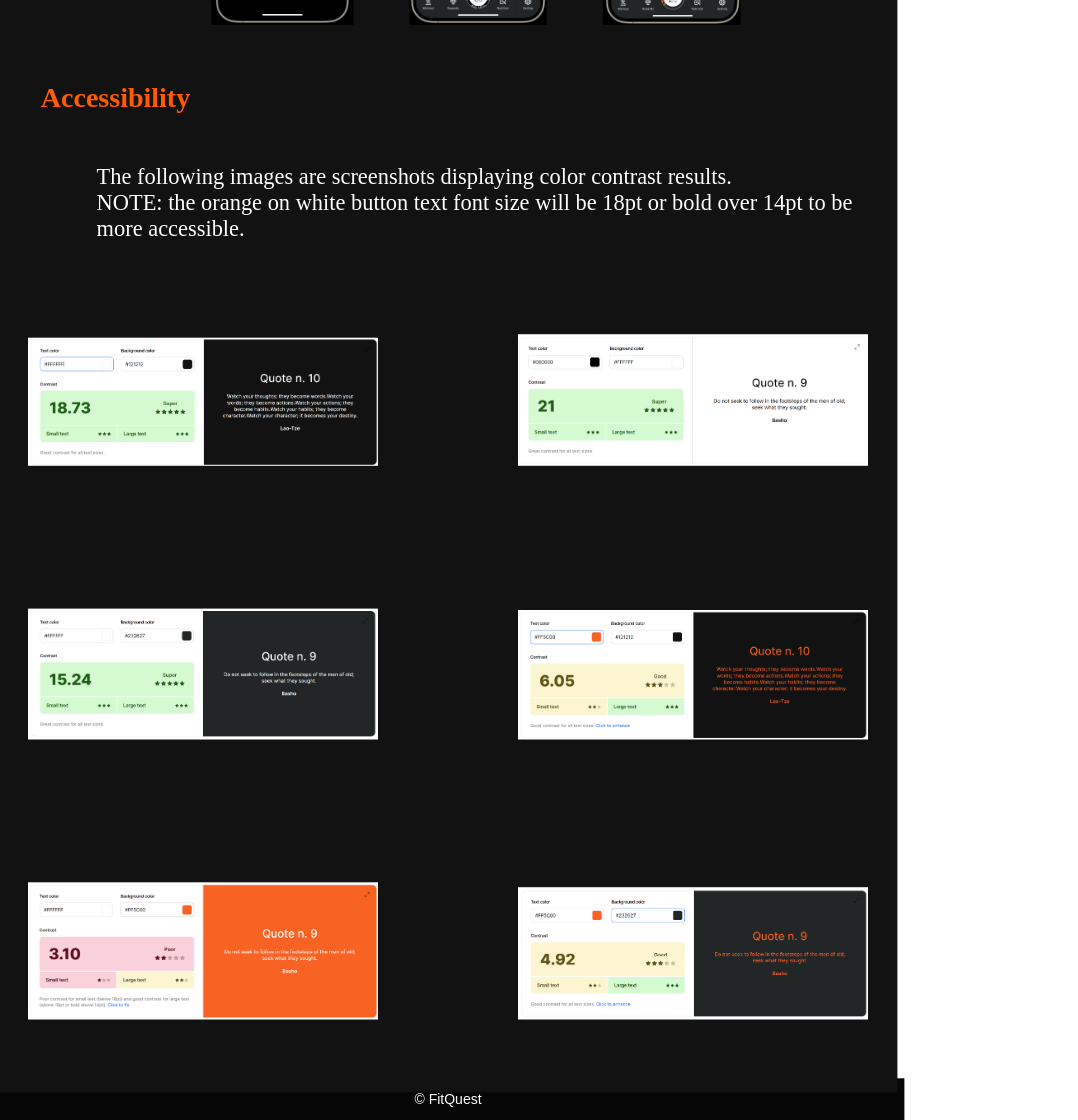
Repository: KyannaKrueger/a5styleguide
Page: /colors
An editor plug-in stored every save of this project. The page is shown before and after the next save, followed by the edit.
The browser window is 1280 px wide. The page is 1540 px wide, so the pictures cover 1540 px, including what lies to the right of the window. The pictures show the part of the page from y = 2889 to 4489 px (the page is 4489 px tall), at 70% of full size.
The project was rebuilt for these pictures with package versions that can differ from the ones it lists, and the page was loaded fresh each time. The framework's server and built-in components were replaced by stand-ins that run in the browser. Also part of the build but not shown: next.config.mjs.

Above is the page before, as saved 2024-04-09 12:17:58.

### pages/colors.js
import styles from "@/styles/colors.module.css";
import Header from "@/components/Header";
import Footer from "@/components/Footer";

export default function Colors() {
    return (
      <>
      <Header/>
        <main className={styles.colors}>
         <h1 className={styles.clrTitle}>Color palette </h1>
         <p className={styles.clrTxt}>The colors for FitQuest were carefully chosen with the app and its users in mind. We wanted to choose meaningful colors that were bright and energetic to encourage our users to workout using our app.</p>
         <div className={styles.swatchContainer}>
              <div className={styles.clrSwatch}>
                  <img src="/orangeSwatch.png" className={styles.swatch}/>
                  <h4>The Accent</h4>
                  <p>We selected orange as our accent color <br/> because it symbolizes energy, which is<br/> crucial for a fitness app. We opted for this <br/>vibrant shade of orange over other colors<br/> because its brightness distinguishes the app,<br/> serving as a powerful reminder and motivator<br/> for daily workouts. You can find this color<br/> in our action buttons and to highlight<br/> important parts of our app.</p>
              </div>
              <div className={styles.clrSwatch}>
                  <img src="/graySwatch.png" className={styles.swatch}/>
                  <h4>The Grey</h4>
                  <p>This shade of grey is an excellent color choice<br/> to compliment out accent color. This color is primarily<br/> used for buttons, and stand out against our <br/>dark mode background.</p>
              </div>
              <div className={styles.clrSwatchBlack}>
                  <img src="/subBlackSwatch.png" className={styles.swatch}/>
                  <h4>The False Black</h4>
                  <p>Pure black is a harsh color on the eyes, <br/> so we are substituting for a dark grey for our<br/> dark mode background, and our text color for light mode.<br/> Dark grey also serves to highlight the vibrant orange<br/> color and has a large contrast.</p>
              </div>
              <div className={styles.clrSwatchWhite}>
                  <img src="/whiteSwatch.png" className={styles.swatch}/>
                  <h4>The White</h4>
                  <p>White is our background color for light mode, <br/>and our text color for dark mode.</p>
              </div>
         </div>
         <h3 className={styles.clrSubOne}>Examples</h3>
         <p className={styles.exDescription}>The following images are examples of where our main colors are used appropriately in the app.</p>
         <div className={styles.clrExamples}>
                <img src="/colorExOne.png" className={styles.colorEx}/>
                <img src="/colorExTwo.png" className={styles.colorEx}/>
                <img src="/colorExThree.png" className={styles.colorEx}/>
          </div>
         <h3 className={styles.clrSubTwo}>Accessibility</h3>
         <p className={styles.acDescription}>The following images are screenshots displaying color contrast results.<br/>NOTE: the orange on white button text font size will be 18pt or bold over 14pt to be more accessible.</p>
         <div className={styles.accessibleContainer}>
          <img src="/newWB.png" className={styles.accessiblePic}/>
          <img src="/accessibleBW.png" className={styles.accessiblePic}/>
          <img src="/accessibleGW.png" className={styles.accessiblePic}/>
          <img src="/newOB.png" className={styles.accessiblePic}/>
          <img src="/accessibleWO.png" className={styles.accessiblePic}/>
          <img src="/accessibleOG.png" className={styles.accessiblePic}/>
         </div>
        </main>
        <Footer/>
      </>
    );
  }

### styles/colors.module.css
.colors {
    display: flex;
    flex-direction: column;
    align-items: center;
    text-align: left;
    padding: 6rem;
    min-height: 90vh;
    background-color: #121212;
    margin:-10px;
    padding: 0px;
    font-family: SF pro;
    position: relative;
  }

  .clrTitle{
    color: #ff5c00;
    margin-left: -1050px;
    margin-bottom: -16px;
    margin-top: 100px;
    font-size: 40px;
  }

  .clrTxt {
    color:#fff;
    font-family: SF pro;
    font-size: 32px;
    padding: 80px;
    margin-top: -30px;
    margin-left: 60px;
  }

  .swatch {
    width:300px;
    transform: scale(1);
    transition: transform 0.5s ease-in-out;
  }

  .swatch:hover {
    width:300px;
    transform: scale(1.1);
    transition: transform 0.5s ease-in-out;
  }

 .swatchContainer {
  display: flex;
  flex-direction: row;
  flex-wrap: wrap;
  text-align: center;
  margin-left: 360px;
 }

 .clrSwatch {
  color: #fff;
  font-size: 20px;
  margin-right: 120px;
 }

 .clrSwatchBlack {
  color: #fff;
  font-size: 20px;
  margin-right: 120px;
  margin-left: -40px;
  margin-top: 40px;
 }

 .clrSwatchWhite {
  color: #fff;
  font-size: 20px;
  margin-left: 10px;
  margin-top: 40px;
 }

 .clrSubOne {
  color: #ff5c00;
  text-align: left;
  margin-left: -1040px;
  margin-top: 100px;
  font-size: 40px;
 }

 .clrSubTwo {
  color: #ff5c00;
  text-align: left;
  margin-left: -950px;
  font-size: 40px;
 }

 .clrExamples {
  display: flex;
  margin-left: 80px;
}

.exDescription {
  color:#fff;
  margin-left: 40px;
  font-size: 32px;
}

.colorEx {
  width: auto;
  height: 400px;
  margin: 40px;
  transform: scale(1);
  transition: transform 0.5s ease-in-out;
}

.colorEx:hover {
  transform: scale(1.2);
}

.acDescription {
  color:#fff;
  margin-left: 140px;
  font-size: 32px;
}

.accessibleContainer {
  width: 1600px;
  margin-left: 200px;
}

.accessiblePic {
  width: 500px;
  padding: 100px;
  transform: scale(1);
  transition: transform 0.5s ease-in-out;
}

.accessiblePic:hover {
  transform: scale(1.2);
  transition: transform 0.5s ease-in-out;
}

### components/Header/index.js
import styles from './header.module.css';
import Link from 'next/link';

export default function Header() {
  return (
    <>
      <main className={styles.header}>
        <div className={styles.logoContainer}>
          <Link href="/">
            <img src="/fQDarkLogo.svg" className={styles.logo} alt="FitQuest Logo" />
          </Link>
        </div>
        <nav className={styles.navBarContainer}>
          <ul className={styles.navBar}>
            <li className={styles.navItem}>
              <Link href="/" className={styles.headLink}>
                Home
              </Link>
            </li>
            <li className={styles.navItem}>
              <Link href="/colors" className={styles.headLink}>
                Colors
              </Link>
            </li>
            <li className={styles.navItem}>
              <Link href="/graphics" className={styles.headLink}>
                Graphics
              </Link>
            </li>
            <li className={styles.navItem}>
              <Link href="/logo" className={styles.headLink}>
                Logo
              </Link>
            </li>
            <li className={styles.navItem}>
              <Link href="/typography" className={styles.headLink}>
                Typography
              </Link>
            </li>
          </ul>
        </nav>
      </main>
    </>
  );
}

### components/Footer/index.js
import styles from './footer.module.css';

export default function Footer() {
  return (
    <>
      <main className={styles.footer}>
      <p className={styles.rights}>© FitQuest</p>
      </main>
    </>
  );
}

### components/Header/header.module.css
.header {
        background-color: #000005;
        color: #fff;
        font-family: 'Lucida Sans', 'Lucida Sans Regular', 'Lucida Grande', 'Lucida Sans Unicode', Geneva, Verdana, sans-serif;
        font-size: 24px;
        height: 140px;
        display: flex;
        justify-content: space-between;
        align-items: center;
        margin: -20px;
      }

      .logoContainer {
        margin-left: 40px;
      }

      .logo {
        width: 200px;
        height: auto;
      }

      .navBarContainer {
        margin-right: 40px;
      }

      .navBar {
        list-style-type: none;
        display: flex;
        justify-content: flex-end;
        padding: 0;
        margin: 0;
      }

      .navItem {
        padding: 0 10px;
      }

      .headLink {
        color: #fff;
        text-decoration: none;
        font-family: 'SF Pro', sans-serif;
      }

      .headLink:hover {
        color: #FF5C00;
      }

### components/Footer/footer.module.css
.footer {
  background-color: #070707;
  height: 60px;
  display: flex;
  justify-content: flex-start;
  flex-direction: row;
  align-items: center;
  margin:-20px;
  }

.rights {
  color: #fff;
  font-size: 20px;
  font-family: Arial, Helvetica, sans-serif;
  margin: auto;
}

Loaded but not shown: pages/_app.js (common file); pages/_document.js (common file); styles/globals.css (common file)

After the next save:
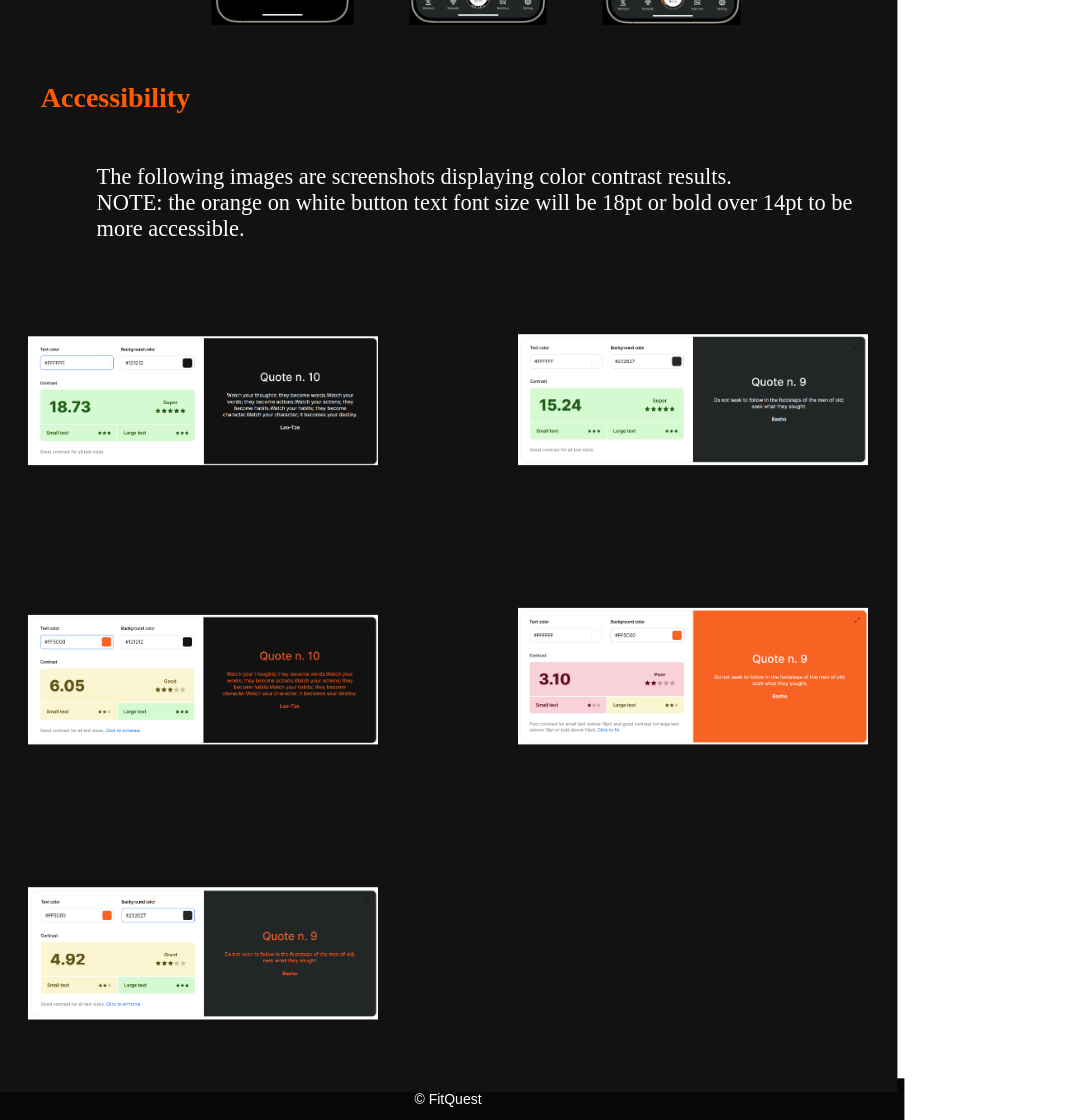
Saved 75 s later.
--- a/pages/colors.js
+++ b/pages/colors.js
@@ -42,7 +42,6 @@
          <p className={styles.acDescription}>The following images are screenshots displaying color contrast results.<br/>NOTE: the orange on white button text font size will be 18pt or bold over 14pt to be more accessible.</p>
          <div className={styles.accessibleContainer}>
           <img src="/newWB.png" className={styles.accessiblePic}/>
-          <img src="/accessibleBW.png" className={styles.accessiblePic}/>
           <img src="/accessibleGW.png" className={styles.accessiblePic}/>
           <img src="/newOB.png" className={styles.accessiblePic}/>
           <img src="/accessibleWO.png" className={styles.accessiblePic}/>
